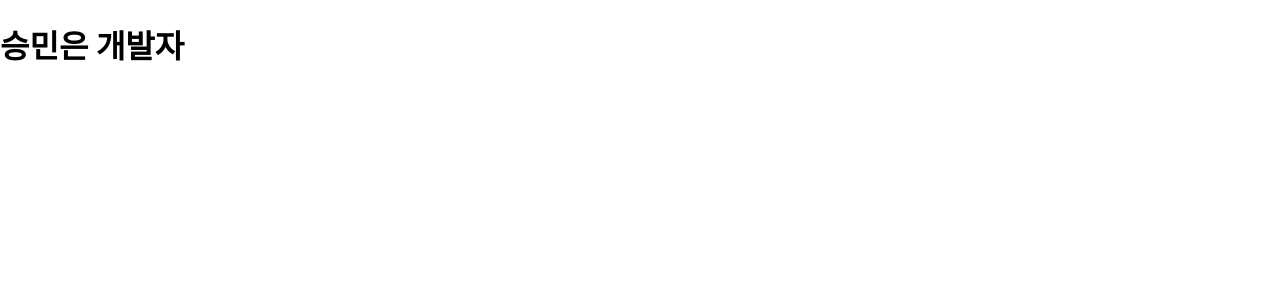
Repository: dnjfht/css-example
Page: /
The author's editor kept a copy of each file at every save. The page is drawn from the files as they stood at one save, then again after the next save.
The browser window is 1280 px wide. The pictures show the whole page.
The project was rebuilt for these pictures with package versions that can differ from the ones it lists, and the page was loaded fresh each time.

Above is the page before, as saved 2023-05-10 09:18:21.

### src/App.js
import React, { useState } from "react";

export default function App() {
  const [person, setPerson] = useState({
    name: "승민",
    title: "개발자",
    mentor: {
      name: "동동주",
      title: "시니어개발자",
    },
  });
  return (
    <div>
      <h1>
        {person.name}은 {person.title}
      </h1>
    </div>
  );
}

Loaded but not shown: public/index.html (common file); src/index.js (common file); src/index.css (common file); src/reportWebVitals.js (common file)

After the next save:
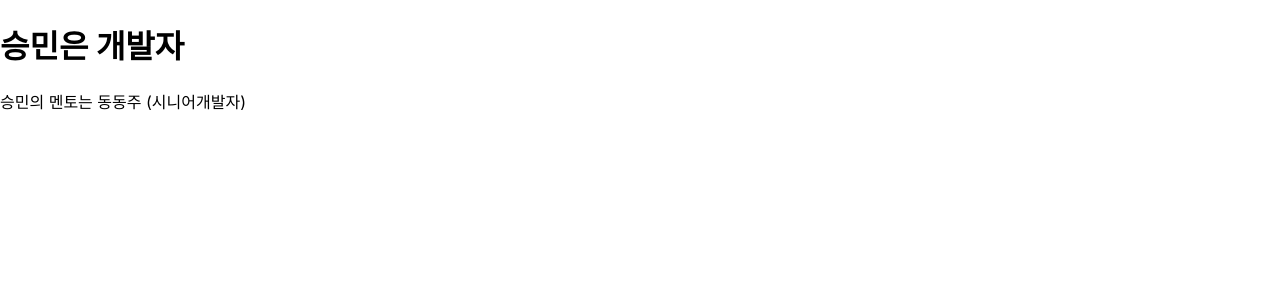
Saved 52 s later.
--- a/src/App.js
+++ b/src/App.js
@@ -14,6 +14,9 @@ export default function App() {
       <h1>
         {person.name}은 {person.title}
       </h1>
+      <p>
+        {person.name}의 멘토는 {person.mentor.name} ({person.mentor.title})
+      </p>
     </div>
   );
 }
